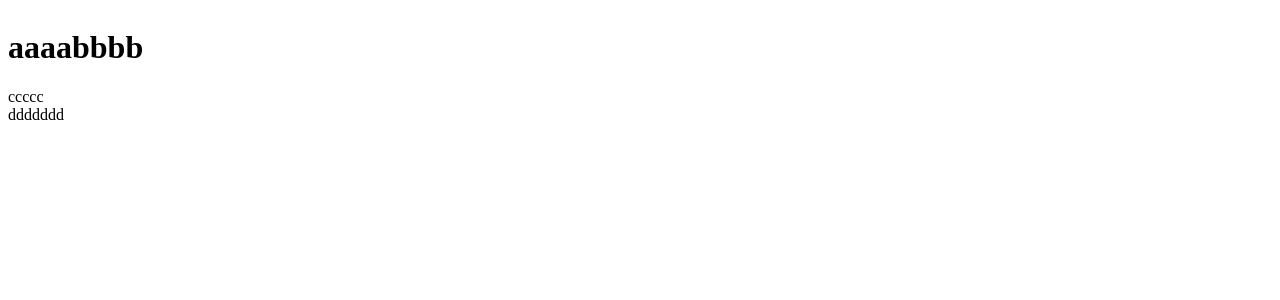
Repository: Ossan-gon/samurai_HTML-CSS
Page: liexbox.html
The author's editor kept a record of every edit. The page is drawn from the files as they stood at one moment, then again after the next edit.
The browser window is 1280 px wide. The pictures show the whole page.

Above is the page before.

After the next edit:
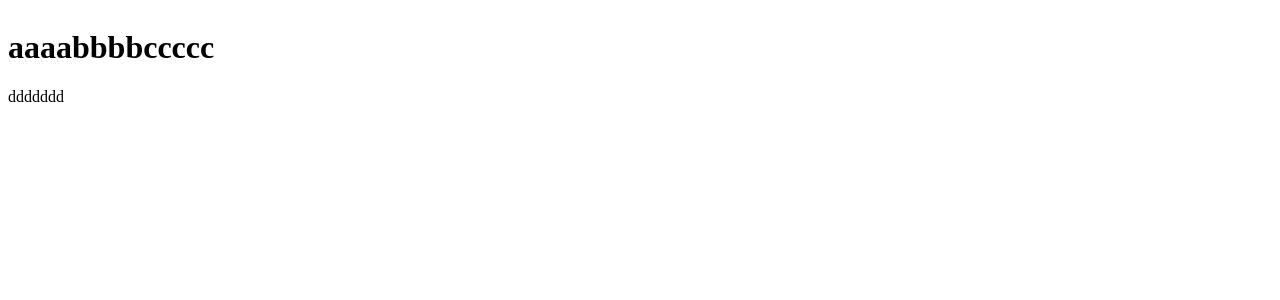
The edit:
--- a/liexbox.html
+++ b/liexbox.html
@@ -16,8 +16,8 @@
         </h1>
         <h1>
             bbbb
-        </div>
-        <div>
+        </h1>
+        <h1>
             ccccc
         </div>
         <div>
